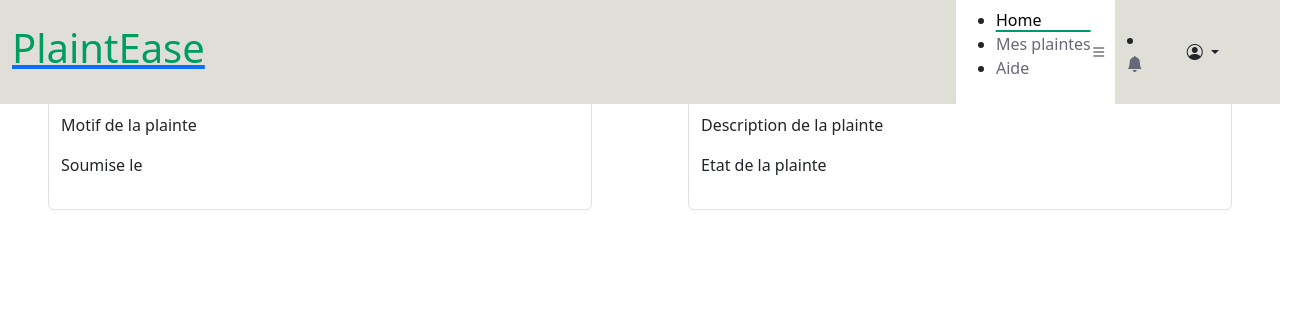
Repository: Senare1/PlaintEasy
Page: complaints/templates/complaints/plaint_detail.html
An editor plug-in stored every save of this project. The page is shown before and after the next save, followed by the edit.
The browser window is 1280 px wide. The page is 1280 px wide, then 1292 px, so the pictures cover 1292 px, including what lies to the right of the window. The pictures show the whole page.
Some web libraries are served in a nearby version. The template is drawn by Django 4.2. The application's start-up code is not run. Other server files are loaded and not shown. The template is opened directly, without the code that normally fills it, so the values that code supplies are empty.

Above is the page before, as saved 2024-08-11 08:19:03.
Console error: ReferenceError: Swiper is not defined

### complaints/templates/complaints/plaint_detail.html
{% load static %}
<!DOCTYPE html>
<html lang="en">

<head>
  <meta charset="utf-8">
  <meta content="width=device-width, initial-scale=1.0" name="viewport">

  <title>Mes plaintes</title>
  <meta content="" name="description">
  <meta content="" name="keywords">

  <!-- Vendor CSS Files -->
  <link href="https://cdn.jsdelivr.net/npm/bootstrap@5.3.3/dist/css/bootstrap.min.css" rel="stylesheet" integrity="sha384-QWTKZyjpPEjISv5WaRU9OFeRpok6YctnYmDr5pNlyT2bRjXh0JMhjY6hW+ALEwIH" crossorigin="anonymous">
  <link href="https://cdnjs.cloudflare.com/ajax/libs/font-awesome/6.1.1/css/all.min.css" rel="stylesheet">
  <link rel="stylesheet" href="https://cdnjs.cloudflare.com/ajax/libs/bootstrap-icons/1.10.0/font/bootstrap-icons.min.css">
  <link rel="stylesheet" href="https://cdnjs.cloudflare.com/ajax/libs/font-awesome/5.15.3/css/all.min.css" />
  <style>
    tr.clickable-row {
        cursor: pointer;
    }

    tr.clickable-row:hover {
        background-color: #f5f5f5;
    }
</style>

  <!-- Template Main CSS File -->
  <link href="{% static 'complaints/css/style.css' %}" rel="stylesheet">

</head>
<!-- ======= Header ======= -->


<body>

  <!-- ======= Header ======= -->
  <header id="header" class="fixed-top d-flex align-items-center" style="background-color:rgb(223, 223, 216);">
    <div class="container d-flex align-items-center justify-content-between">

      <div class="logo">
        <h1><a href="{% url 'home' %}"><span style="color: #009d63;">PlaintEase</span></a></h1>
        <!-- Uncomment below if you prefer to use an image logo -->
        <!-- <a href="index.html"><img src="assets/img/logo.png" alt="" class="img-fluid"></a>-->
      </div>

      <nav id="navbar" class="navbar">
        <ul>
          <li><a class="nav-link scrollto active" href="{% url 'home' %}">Home</a></li>
          <li><a class="nav-link scrollto" href="{% url 'my_plaints' %}">Mes plaintes</a></li>
          <li><a class="nav-link scrollto" href="{% url 'help' %}">Aide</a></li>
        </ul>
        <i class="bi bi-list mobile-nav-toggle"></i>
      </nav>
    </div>

    <li class="nav-item notification-icon">
          <a class="nav-link" href="#" id="MYResponses" data-toggle="modal" data-target="#infoModal">
              <i class="bi bi-bell-fill"></i>
              <span class="badge">{{number}}</span>
          </a>
      </li>

  <div class="dropdown me-5 ms-4">

    <button class="btn  dropdown-toggle " type="button" data-bs-toggle="dropdown" aria-expanded="false">
      <i class="bi bi-person-circle "></i>
    </button>
    <ul class="dropdown-menu">
      <!-- <li><a class="dropdown-item" href="#">Profile</a></li> -->
      <li><a class="dropdown-item text-danger" href="{% url 'logout' %}"><i class="fas fa-power-off"></i>Logout</a></li>
    </ul>
  </div>
    <!-- <button type="button" class="btn"><a class="getstarted scrollto" href="">Logout</a></button> -->

  </header><!-- End Header -->

<div class="row mx-auto my-5">
    <div class="col mx-5 border rounded mt-5 py-3 ">
        <p>Motif de la plainte</p>
        <div class="ms-2">{{ complaint.motif }}</div>
        <p>Soumise le {{ complaint.incident_date }}</p>
    </div>
    <div class="col mx-5 border rounded mt-5 py-3">
        <p>Description de la plainte</p>
        <div class="ms-3">{{ complaint.motif }}</div>
        <p>Etat de la plainte</p>
        <span class="text-info">{{ complaint.get_status_display }}</span>
    </div>
</div>

  <!---------les scripts js-->
  <script src="https://cdn.jsdelivr.net/npm/bootstrap@5.3.3/dist/js/bootstrap.bundle.min.js" integrity="sha384-YvpcrYf0tY3lHB60NNkmXc5s9fDVZLESaAA55NDzOxhy9GkcIdslK1eN7N6jIeHz" crossorigin="anonymous"></script>
  <script src="{% static 'complaints/js/main.js' %}"></script>

</body>

</html>

### complaints/static/complaints/css/style.css
.navbar{
    background-color: #fff;
    /*height: 80px;*/
    font-size: 16px;
    /*margin: 20px;
    border-radius: 40px;*/
    padding: 0.5rem;
}


.navbar-brand{
    color: #009970;
    font-weight: 500;
    font-size: 24px;
    transition: 0.3s color;
}
.logout-button{
    background-color: #990000;
    font-size: 14px;
    color: #fff;
    padding: 8px 20px;
    border-radius: 50px;
    text-decoration: none;
    transition: 0.3s background-color;
}

.logout-button:hover{
    background-color: #990000;
}

.navbar-toggler{
    border: none;
    font-size: 1.25rem;
}
.navbar-toggler:focus,.btn-close:focus{
    box-shadow: none;
    outline: none;
}

.nav-link{
    color: #666777;
    font-weight: 500;
    position: relative;
}

.nav-link:hover,.nav-link.active{
    color: #000;
}
@media(min-width:991px){
    .nav-link::before{
        content: "";
        position: absolute;
        bottom: 0;
        left: 50%;
        transform: translateX(-50%);
        width: 0;
        height: 2px;
        background-color: #009970;
        visibility: hidden;
        transition: 0.3s ease-in-out;
    }

    .nav-link:hover::before,.nav-link.nav-link.active::before{
        width: 100%;
        visibility: visible;
    }
}

.hero-section{
    background : url(../image/law.jpeg) no-repeat center;
    background-size: cover;
    width: 100%;
    height: 100vh;
    padding-top: 50px;
}

/* Contrôle de la barre de recherche*/
.search-form {
    border-radius: .10rem;
    padding: 0.3rem;
}
.search-input {
    border: none;
    box-shadow: none;
}
.search-input:focus {
    border: none;
    box-shadow: none;
    outline: none;
}
.search-button {
    border: none;
    box-shadow: none;
}
.search-button:focus {
    outline: none;
}

/* End footer*/

/* Start footer*/

.footer {
    background-color: #f8f9fa;
    padding: 2rem 0;
    border-top: 1px solid #e9ecef;
}
.footer a {
    color: #6c757d;
    text-decoration: none;
}
.footer a:hover {
    text-decoration: underline;
}
.social-icons a {
    margin: 0 0.5rem;
    color: #6c757d;
}
.social-icons a:hover {
    color: #495057;
}


/* End footer*/

### complaints/static/complaints/js/main.js
/**
* Template Name: Vesperr - v4.10.0
* Template URL: https://bootstrapmade.com/vesperr-free-bootstrap-template/
* Author: BootstrapMade.com
* License: https://bootstrapmade.com/license/
*/
(function() {
  "use strict";

  /**
   * Easy selector helper function
   */
  const select = (el, all = false) => {
    el = el.trim()
    if (all) {
      return [...document.querySelectorAll(el)]
    } else {
      return document.querySelector(el)
    }
  }

  /**
   * Easy event listener function
   */
  const on = (type, el, listener, all = false) => {
    let selectEl = select(el, all)
    if (selectEl) {
      if (all) {
        selectEl.forEach(e => e.addEventListener(type, listener))
      } else {
        selectEl.addEventListener(type, listener)
      }
    }
  }

  /**
   * Easy on scroll event listener
   */
  const onscroll = (el, listener) => {
    el.addEventListener('scroll', listener)
  }

  /**
   * Navbar links active state on scroll
   */
  let navbarlinks = select('#navbar .scrollto', true)
  const navbarlinksActive = () => {
    let position = window.scrollY + 200
    navbarlinks.forEach(navbarlink => {
      if (!navbarlink.hash) return
      let section = select(navbarlink.hash)
      if (!section) return
      if (position >= section.offsetTop && position <= (section.offsetTop + section.offsetHeight)) {
        navbarlink.classList.add('active')
      } else {
        navbarlink.classList.remove('active')
      }
    })
  }
  window.addEventListener('load', navbarlinksActive)
  onscroll(document, navbarlinksActive)

  /**
   * Scrolls to an element with header offset
   */
  const scrollto = (el) => {
    let header = select('#header')
    let offset = header.offsetHeight

    if (!header.classList.contains('header-scrolled')) {
      offset -= 20
    }

    let elementPos = select(el).offsetTop
    window.scrollTo({
      top: elementPos - offset,
      behavior: 'smooth'
    })
  }

  /**
   * Toggle .header-scrolled class to #header when page is scrolled
   */
  let selectHeader = select('#header')
  if (selectHeader) {
    const headerScrolled = () => {
      if (window.scrollY > 100) {
        selectHeader.classList.add('header-scrolled')
      } else {
        selectHeader.classList.remove('header-scrolled')
      }
    }
    window.addEventListener('load', headerScrolled)
    onscroll(document, headerScrolled)
  }

  /**
   * Back to top button
   */
  let backtotop = select('.back-to-top')
  if (backtotop) {
    const toggleBacktotop = () => {
      if (window.scrollY > 100) {
        backtotop.classList.add('active')
      } else {
        backtotop.classList.remove('active')
      }
    }
    window.addEventListener('load', toggleBacktotop)
    onscroll(document, toggleBacktotop)
  }

  /**
   * Mobile nav toggle
   */
  on('click', '.mobile-nav-toggle', function(e) {
    select('#navbar').classList.toggle('navbar-mobile')
    this.classList.toggle('bi-list')
    this.classList.toggle('bi-x')
  })

  /**
   * Mobile nav dropdowns activate
   */
  on('click', '.navbar .dropdown > a', function(e) {
    if (select('#navbar').classList.contains('navbar-mobile')) {
      e.preventDefault()
      this.nextElementSibling.classList.toggle('dropdown-active')
    }
  }, true)

  /**
   * Scrool with ofset on links with a class name .scrollto
   */
  on('click', '.scrollto', function(e) {
    if (select(this.hash)) {
      e.preventDefault()

      let navbar = select('#navbar')
      if (navbar.classList.contains('navbar-mobile')) {
        navbar.classList.remove('navbar-mobile')
        let navbarToggle = select('.mobile-nav-toggle')
        navbarToggle.classList.toggle('bi-list')
        navbarToggle.classList.toggle('bi-x')
      }
      scrollto(this.hash)
    }
  }, true)

  /**
   * Scroll with ofset on page load with hash links in the url
   */
  window.addEventListener('load', () => {
    if (window.location.hash) {
      if (select(window.location.hash)) {
        scrollto(window.location.hash)
      }
    }
  });

  /**
   * Testimonials slider
   */
  new Swiper('.testimonials-slider', {
    speed: 600,
    loop: true,
    autoplay: {
      delay: 5000,
      disableOnInteraction: false
    },
    slidesPerView: 'auto',
    pagination: {
      el: '.swiper-pagination',
      type: 'bullets',
      clickable: true
    },
    breakpoints: {
      320: {
        slidesPerView: 1,
        spaceBetween: 20
      },

      1200: {
        slidesPerView: 2,
        spaceBetween: 20
      }
    }
  });

  /**
   * Porfolio isotope and filter
   */
  window.addEventListener('load', () => {
    let portfolioContainer = select('.portfolio-container');
    if (portfolioContainer) {
      let portfolioIsotope = new Isotope(portfolioContainer, {
        itemSelector: '.portfolio-item',
        layoutMode: 'fitRows'
      });

      let portfolioFilters = select('#portfolio-flters li', true);

      on('click', '#portfolio-flters li', function(e) {
        e.preventDefault();
        portfolioFilters.forEach(function(el) {
          el.classList.remove('filter-active');
        });
        this.classList.add('filter-active');

        portfolioIsotope.arrange({
          filter: this.getAttribute('data-filter')
        });
        portfolioIsotope.on('arrangeComplete', function() {
          AOS.refresh()
        });
      }, true);
    }

  });

  /**
   * Initiate portfolio lightbox
   */
  const portfolioLightbox = GLightbox({
    selector: '.portfolio-lightbox'
  });

  /**
   * Portfolio details slider
   */
  new Swiper('.portfolio-details-slider', {
    speed: 400,
    loop: true,
    autoplay: {
      delay: 5000,
      disableOnInteraction: false
    },
    pagination: {
      el: '.swiper-pagination',
      type: 'bullets',
      clickable: true
    }
  });

  /**
   * Animation on scroll
   */
  window.addEventListener('load', () => {
    AOS.init({
      duration: 1000,
      easing: 'ease-in-out',
      once: true,
      mirror: false
    })
  });

  /**
   * Initiate Pure Counter
   */
  new PureCounter();

})()



// script.js

const carouselItems = document.querySelectorAll('.carousel-item');
let index = 0;

function showImage(index) {
    carouselItems.forEach((item, i) => {
        item.classList.remove('active');
        item.style.animation = ''; // Réinitialise l'animation
        if (i === index) {
            item.classList.add('active');
            item.style.animation = 'fadeIn 1s ease-in-out'; // Animation d'entrée
        }
    });
}

function nextImage() {
    carouselItems[index].style.animation = 'fadeOut 1s ease-in-out'; // Animation de sortie
    index = (index + 1) % carouselItems.length;
    showImage(index);
}

// Initial setup
showImage(index);

// Automatic slide every 3 seconds
setInterval(nextImage, 3000); // Change image every 3 seconds

After the next save:
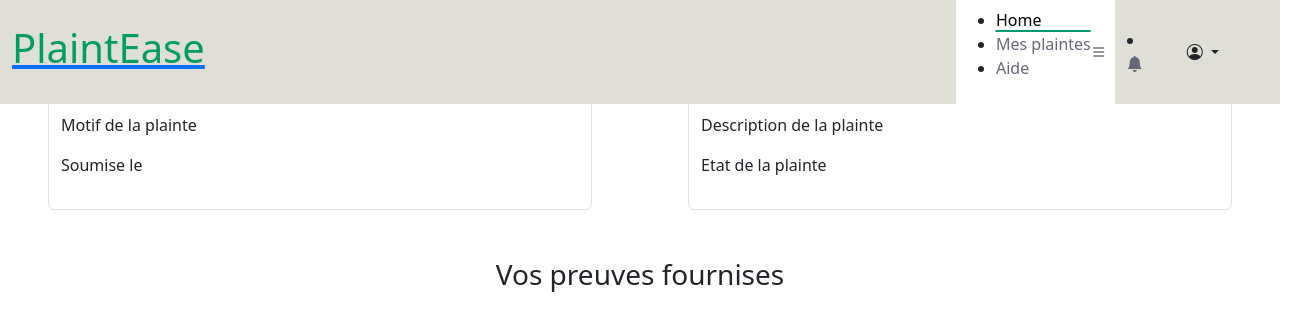
Saved 58 s later.
--- a/complaints/templates/complaints/plaint_detail.html
+++ b/complaints/templates/complaints/plaint_detail.html
@@ -89,6 +89,10 @@
     </div>
 </div>
 
+<div class="row">
+    <h3 class="text-center">Vos preuves fournises</h3>
+</div>
+
   <!---------les scripts js-->
   <script src="https://cdn.jsdelivr.net/npm/bootstrap@5.3.3/dist/js/bootstrap.bundle.min.js" integrity="sha384-YvpcrYf0tY3lHB60NNkmXc5s9fDVZLESaAA55NDzOxhy9GkcIdslK1eN7N6jIeHz" crossorigin="anonymous"></script>
   <script src="{% static 'complaints/js/main.js' %}"></script>
